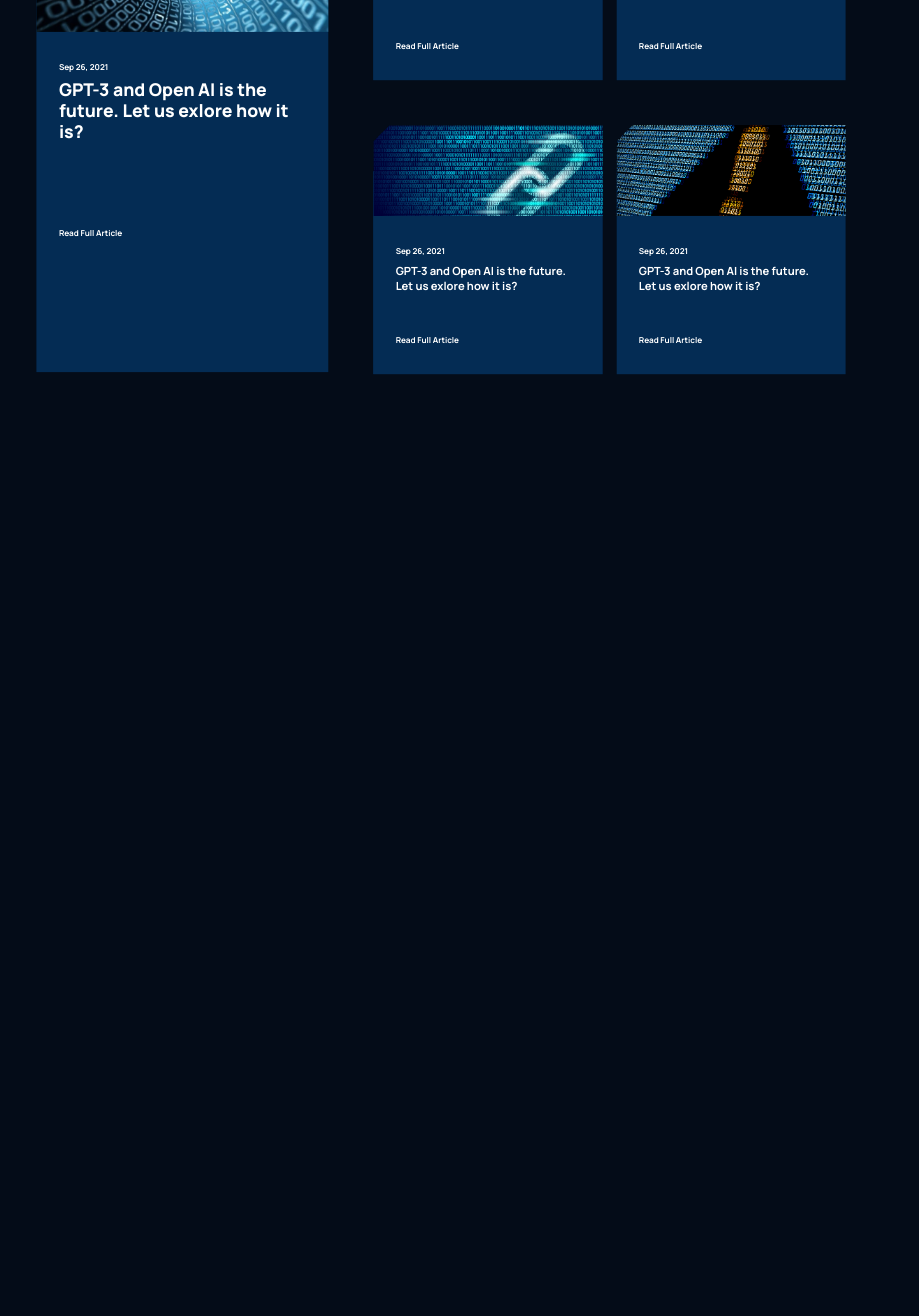
Repository: guilhermecardoso93/lp-gpt3
Page: index.html
These files come from the project's save history. The page is drawn as it stood at one moment and after the next save; the edit follows.
The browser window is 1280 px wide. The page is 1313 px wide, so the pictures cover 1313 px, including what lies to the right of the window. The pictures show the part of the page from y = 3931 to 5811 px (the page is 7490 px tall), at 70% of full size.

Above is the page before, as saved 2022-08-23 22:44:16.

After the next save:
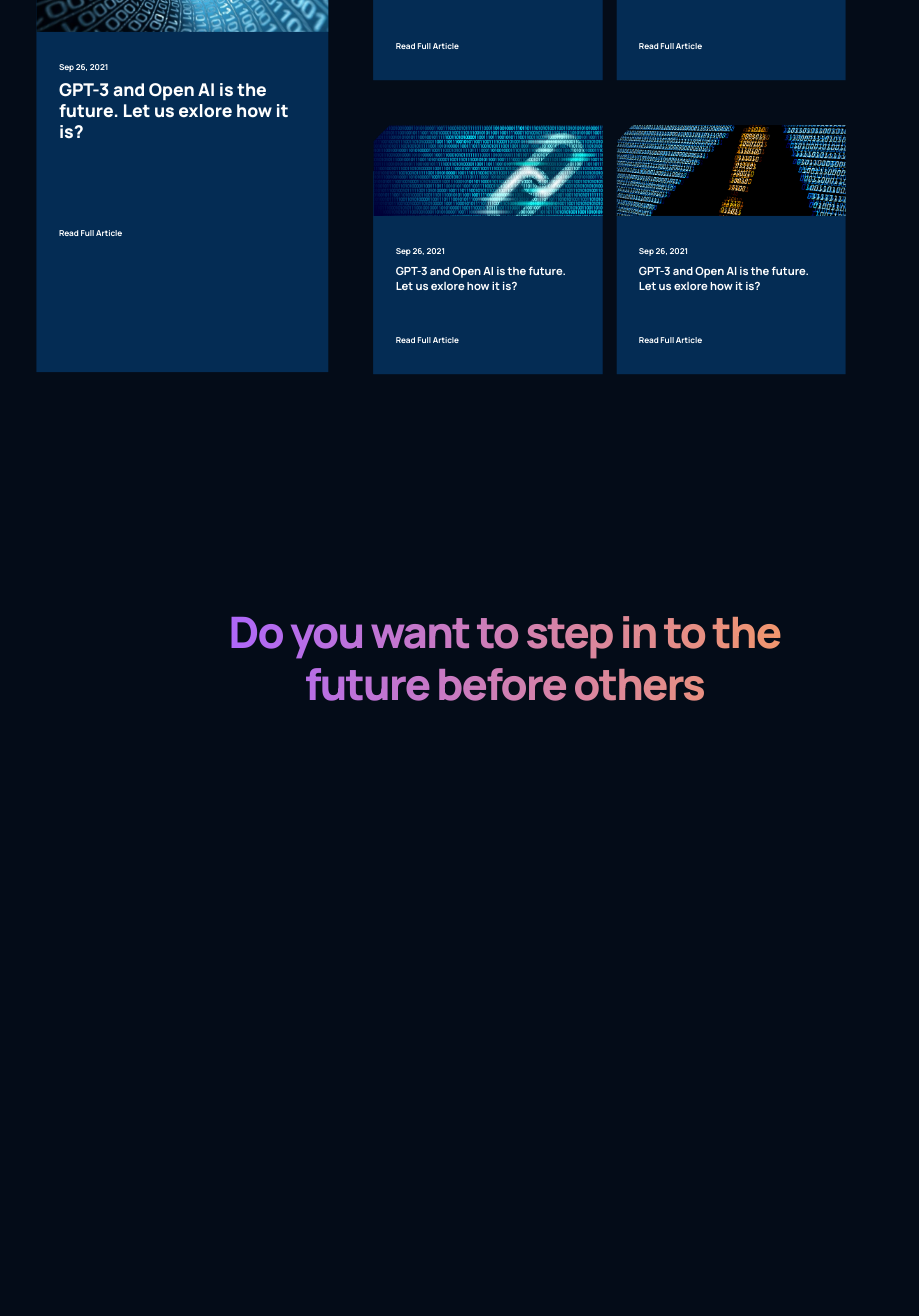
Saved 33 s later.
--- a/style.css
+++ b/style.css
@@ -587,3 +587,26 @@
 
   background: #031b34;
 }
+footer h2 {
+  position: absolute;
+  width: 821px;
+  height: 150px;
+  left: 310px;
+  top: 4796px;
+
+  font-family: "Manrope";
+  font-style: normal;
+  font-weight: 800;
+  font-size: 62px;
+  line-height: 75px;
+  /* or 121% */
+
+  text-align: center;
+  letter-spacing: -0.04em;
+
+  background: linear-gradient(89.97deg, #ae67fa 1.84%, #f49867 102.67%);
+  -webkit-background-clip: text;
+  -webkit-text-fill-color: transparent;
+  background-clip: text;
+  text-fill-color: transparent;
+}

After the 3 saves that followed:
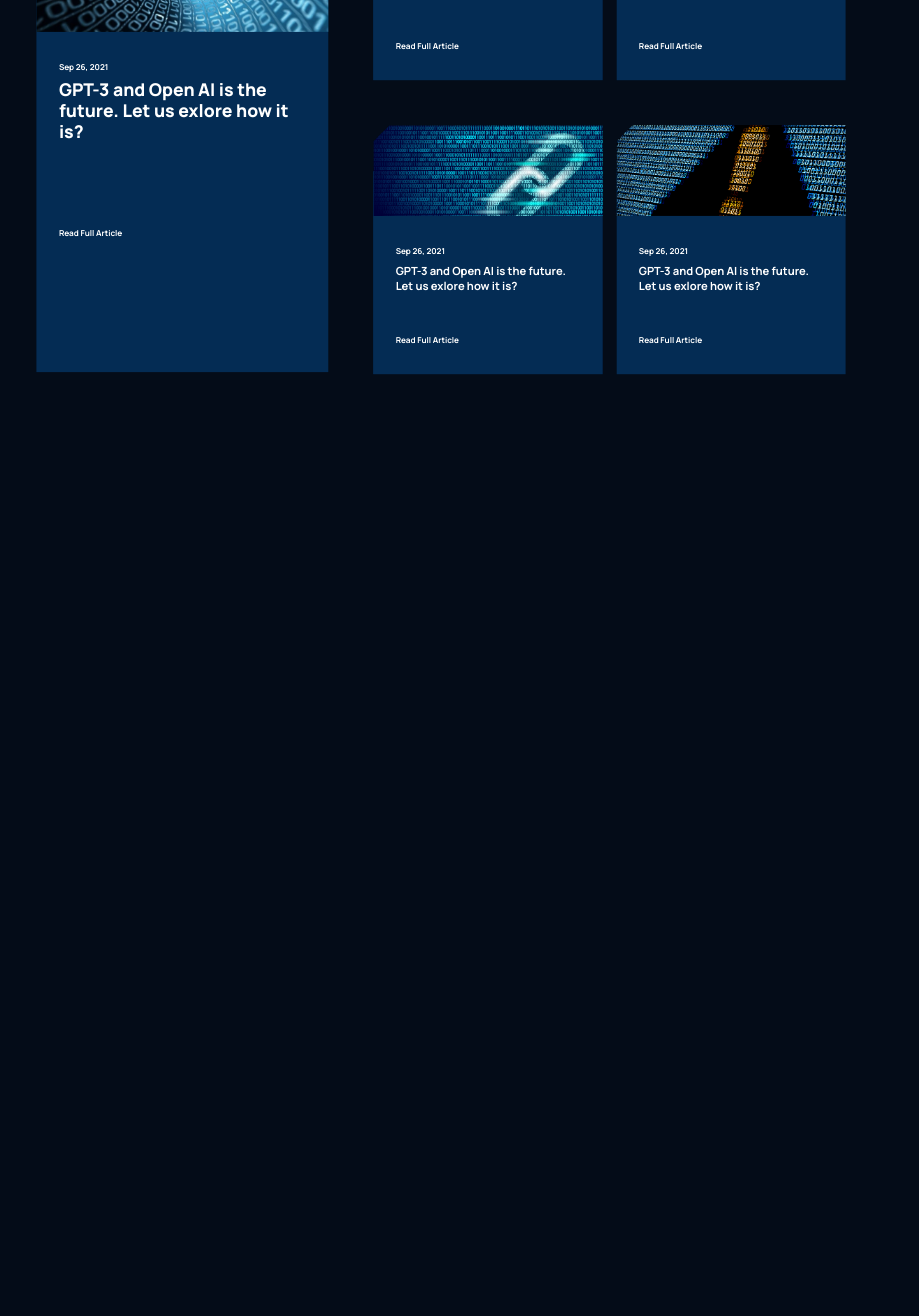
The 3 saves are shown as one change because 2 left the picture as it was.
The last was saved 54 s later.
--- a/index.html
+++ b/index.html
@@ -310,7 +310,6 @@
     <footer>
       <h2>Do you want to step in to the future before others</h2>
     </footer>
-
   </body>
 
 </html>
--- a/style.css
+++ b/style.css
@@ -587,20 +587,13 @@
 
   background: #031b34;
 }
+
+
 footer h2 {
-  position: absolute;
-  width: 821px;
-  height: 150px;
-  left: 310px;
-  top: 4796px;
-
-  font-family: "Manrope";
   font-style: normal;
   font-weight: 800;
   font-size: 62px;
   line-height: 75px;
-  /* or 121% */
-
   text-align: center;
   letter-spacing: -0.04em;
 
